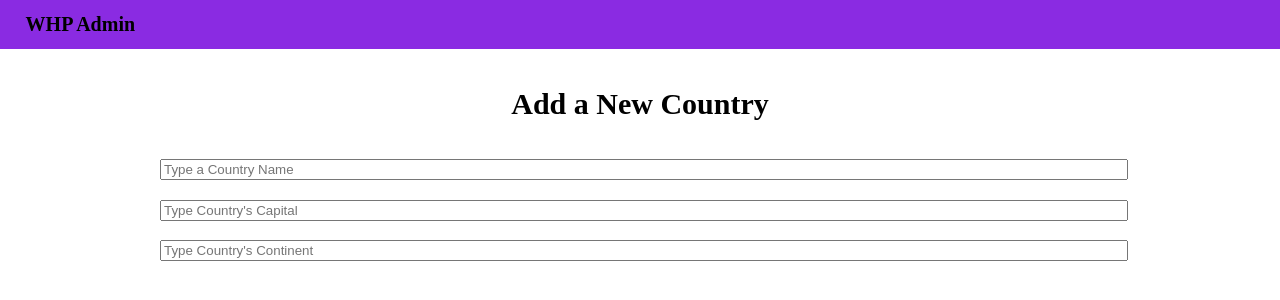
Repository: sabinaPetrisor/World_Hour_Project
Page: http://localhost/WorldHourProject/jsp/add-country.jsp
The author's editor kept a copy of each file at every save. The page is drawn from the files as they stood at one save, then again after the next save.
The browser window is 1280 px wide. The pictures show the whole page.
The page is served by Tomcat 9. Other server files are loaded and not shown.

Above is the page before, as saved 2023-08-04 12:27:01.

### WorldHourProject/src/main/webapp/jsp/add-country.jsp
<%@ page language="java" contentType="text/html; charset=UTF-8"
    pageEncoding="UTF-8"%>
<!DOCTYPE html>
<html>
<head>
	<meta name="viewport" content="width=device-width, initial-scale=1" charset="UTF-8">
	<title>World Hour Project Add Country</title>
	<style> <%@include file="../css/navbar.css" %> </style>
	<style> <%@include file="../css/admin.css" %> </style>
	<style> <%@include file="../css/add-page-admin.css" %> </style>
</head>
<body>
	<%@include file="navbar.jsp" %>

	<div class="content-container">
		<p class="content-container-title">Add a New Country</p>
		<div class="add-form-container">
			<form class="add-form">
				<input type="text" placeholder="Type a Country Name" class="insert-text" name="country-name">
				<input type="text" placeholder="Type Country's Capital" class="insert-text" name="country-capital">
				<input type="text" placeholder="Type Country's Continent" class="insert-text" name="country-continent">
			</form>
		</div>
	</div>
</body>
</html>

### WorldHourProject/src/main/webapp/css/navbar.css
.header-container {
	position: relative;
	width: 100%;
	background-color: blueviolet;
	display: flex;
}

.header-title {
	padding-top: 1%;
	padding-bottom: 1%;
	margin-left: 2%;
	margin-right: 2%;
}

.home-page-title {
	font-size: 20px;
	font-weight: bold;
	width: auto;
}

.home-page-title:hover {
	color: cadetblue;
	cursor: pointer;
}

### WorldHourProject/src/main/webapp/css/admin.css
@charset "UTF-8";
* {
	margin: 0;
	width: 100%;
}

.content-container {
	margin-top: 3%;
}

.content-container-title {
	text-align: center;
	font-size: 30px;
	font-weight: bold;
	margin-bottom: 3%;
}

.btn-container {
	display: flex;
	justify-content: center;
}

.add-button {
	padding: 1%;
	margin-bottom: 3%;
	background-color: blueviolet;
	border: none;
	text-align: center;
	font-weight: bold;
	width:auto;
	cursor: pointer;
}

.tbl {
	margin: 0 auto;
	border-collapse: collapse;
	table-layout: auto;
	width: auto;

}

.tbl-col-names {
	border: 2px solid blueviolet;
	background-color: blueviolet;
}

.tbl td, .tbl-col-names th {
  border: 1px solid #dddddd;
  text-align: center;
  width: auto;
}

.tbl tr:nth-child(even) {
  background-color: #dddddd;
}

### WorldHourProject/src/main/webapp/css/add-page-admin.css
@charset "UTF-8";
* {
	margin: 0;
	width: 100%;
}

.add-form-container {
	display: flex;
	justify-content: center;
}

.add-form {
	width: 75%;
}

.insert-text {
	margin-bottom: 2%;
}

### WorldHourProject/src/main/webapp/jsp/navbar.jsp
<div class="header-container">
	<div class="header-title">
		<span class="home-page-title">WHP Admin</span>
	</div>
</div>

After the next save:
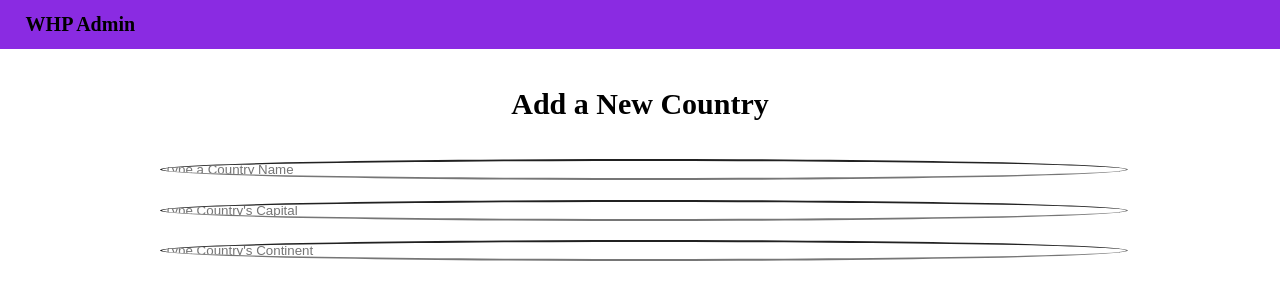
Saved 15 s later.
--- a/WorldHourProject/src/main/webapp/css/add-page-admin.css
+++ b/WorldHourProject/src/main/webapp/css/add-page-admin.css
@@ -15,4 +15,5 @@
 
 .insert-text {
 	margin-bottom: 2%;
+	border-radius: 75%;
 }
